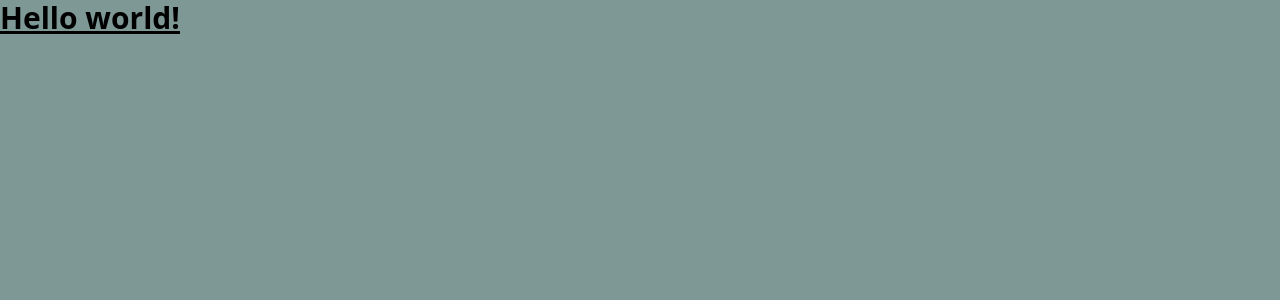
Repository: VishakhaSainani/medical_store
Page: / (app in frontend/)
The author's editor kept a copy of each file at every save. The page is drawn from the files as they stood at one save, then again after a run of saves.
The browser window is 1280 px wide. The pictures show the whole page.
The project was rebuilt for these pictures with package versions that can differ from the ones it lists, and the page was loaded fresh each time. Also part of the build but not shown: frontend/vite.config.js, frontend/src/components/PrivateRoute.jsx, frontend/src/components/Loader.jsx, frontend/src/redux/api/usersApiSlice.js, frontend/src/pages/User/Profile.jsx, frontend/src/pages/Auth/Login.jsx, frontend/src/pages/Auth/Register.jsx, frontend/src/redux/api/productApiSlice.js and 32 more. Imported but missing from the stored project, and not drawn on this page: frontend/src/components/Message.

Above is the page before, as saved 2024-04-19 22:06:48.

### frontend/src/main.jsx
// import React from "react";
import ReactDOM from "react-dom/client";
import App from "./App.jsx";
import "./index.css";
import { Route, RouterProvider, createRoutesFromElements } from "react-router";
import { createBrowserRouter } from "react-router-dom";
import { Provider } from "react-redux";
import store from "./redux/store";
// private route
import PrivateRoute from "./components/PrivateRoute";

import Profile from "./pages/User/Profile";

import Login from "./pages/Auth/Login.jsx";
import Register from "./pages/Auth/Register.jsx";
// import Home from "./Home.jsx";
import Home from "./pages/Home.jsx";
import Favorites from "./pages/Products/Favorites.jsx";
import ProductDetails from "./pages/Products/ProductDetails.jsx";
// import { PayPalScriptProvider } from "@paypal/react-paypal-js";

import AdminRoute from "./pages/Admin/AdminRoute";
import UserList from "./pages/Admin/UserList";
import CategoryList from "./pages/Admin/CategoryList.jsx";
import ProductList from "./pages/Admin/ProductList";
import AllProducts from "./pages/Admin/AllProducts.jsx";
import ProductUpdate from "./pages/Admin/ProductUpdate";
import Cart from "./pages/Cart.jsx";
import Shop from "./pages/Shop.jsx";
import Shipping from "./pages/Orders/Shipping.jsx";
import PlaceOrder from "./pages/Orders/PlaceOrder.jsx";
import Order from "./pages/Orders/Order.jsx";
import UserOrder from "./pages/User/UserOrder.jsx";
import OrderList from "./pages/Admin/OrderList.jsx";
import AdminDashboard from "./pages/Admin/AdminDashboard.jsx";

const router = createBrowserRouter(
  createRoutesFromElements(
    <Route path="/" element={<App />}>
      <Route path="/login" element={<Login />} />
      <Route path="/register" element={<Register />} />
      <Route index={true} path="/" element={<Home />} />
      <Route path="/favorite" element={<Favorites />} />
      <Route path="/product/:id" element={<ProductDetails />} />
      <Route path="/cart" element={<Cart />} />
      <Route path="/shop" element={<Shop />} />
      <Route path="/user-orders" element={<UserOrder />} />

      <Route path="" element={<PrivateRoute />}>
        <Route path="/profile" element={<Profile />} />
        <Route path="/shipping" element={<Shipping />} />
        <Route path="/placeorder" element={<PlaceOrder />} />
        <Route path="/order/:id" element={<Order />} />
      </Route>

      <Route path="/admin" element={<AdminRoute />}>
        <Route path="userlist" element={<UserList />} />
        <Route path="categorylist" element={<CategoryList />} />
        {/* <Route path="productlist/:pageNumber" element={<ProductList />} /> */}
        <Route path="productlist" element={<ProductList />} />
        <Route path="allproductslist" element={<AllProducts />} />
        <Route path="product/update/:_id" element={<ProductUpdate />} />
        <Route path="orderlist" element={<OrderList />} />
        <Route path="dashboard" element={<AdminDashboard />} />
      </Route>
    </Route>
  )
);
ReactDOM.createRoot(document.getElementById("root")).render(
  <Provider store={store}>
    {/* <PayPalScriptProvider> */}
    <RouterProvider router={router} />
    {/* </PayPalScriptProvider> */}
  </Provider>
);

### frontend/src/index.css
@tailwind base;
@tailwind components;
@tailwind utilities;

body {
  background: #7e9896;
  color: black;
}
input,
textarea {
  color: #000;
}

### frontend/src/redux/store.js
import { configureStore } from "@reduxjs/toolkit";
import { setupListeners } from "@reduxjs/toolkit/query/react";
import { apiSlice } from "./api/apiSlice";
import authReducer from "./features/auth/authSlice";
import favoritesReducer from "../redux/features/favorites/favoriteSlice";
import cartSliceReducer from "../redux/features/cart/cartSlice";
import { getFavoritesFromLocalStorage } from "../Utils/localStorage";

const initialFavorites = getFavoritesFromLocalStorage() || [];

const store = configureStore({
  reducer: {
    [apiSlice.reducerPath]: apiSlice.reducer,
    auth: authReducer,
    favorites: favoritesReducer,
    cart: cartSliceReducer,
  },
  preloadedState: {
    favorites: initialFavorites,
  },

  middleware: (getDefaultMiddleware) =>
    getDefaultMiddleware().concat(apiSlice.middleware),
  devTools: true,
});

setupListeners(store.dispatch);
export default store;

### frontend/src/redux/features/auth/authSlice.js
import { createSlice } from "@reduxjs/toolkit";
const initialState = {
    userInfo: localStorage.getItem("userInfo")
      ? JSON.parse(localStorage.getItem("userInfo"))
      : null,
  };


const authSlice = createSlice({
  name: "auth",
  initialState,
  reducers: {
    setCredentials: (state, action) => {
      state.userInfo = action.payload;
      localStorage.setItem("userInfo", JSON.stringify(action.payload));

      const expirationTime = new Date().getTime() + 30 * 24 * 60 * 60 * 1000; // 30 days
      localStorage.setItem("expirationTime", expirationTime);
    },
    logout: (state) => {
      state.userInfo = null;
      localStorage.clear();
    },
  },
});

export const { setCredentials, logout } = authSlice.actions;

export default authSlice.reducer;

### frontend/src/redux/features/favorites/favoriteSlice.js
import { createSlice } from "@reduxjs/toolkit";

const favoriteSlice = createSlice({
  name: "favorites",
  initialState: [],
  reducers: {
    addToFavorites: (state, action) => {
      // Checkif the product is not already favorites
      if (!state.some((product) => product._id === action.payload._id)) {
        state.push(action.payload);
      }
    },
    removeFromFavorites: (state, action) => {
      // Remove the product with the matching ID
      return state.filter((product) => product._id !== action.payload._id);
    },
    setFavorites: (state, action) => {
      // Set the favorites from localStorage
      return action.payload;
    },
  },
});

export const { addToFavorites, removeFromFavorites, setFavorites } =
  favoriteSlice.actions;
export const selectFavoriteProduct = (state) => state.favorites;
export default favoriteSlice.reducer;

### frontend/src/redux/features/cart/cartSlice.js
import { createSlice } from "@reduxjs/toolkit";
// import { updateCart } from "../../../Utils/cartUtils";
import { updateCart } from "../../../Utils/cart";

const initialState = localStorage.getItem("cart")
  ? JSON.parse(localStorage.getItem("cart"))
  : { cartItems: [], shippingAddress: {}, paymentMethod: "PayPal" };

const cartSlice = createSlice({
  name: "cart",
  initialState,
  reducers: {
    addToCart: (state, action) => {
      const { user, rating, numReviews, reviews, ...item } = action.payload;
      const existItem = state.cartItems.find((x) => x._id === item._id);

      if (existItem) {
        state.cartItems = state.cartItems.map((x) =>
          x._id === existItem._id ? item : x
        );
      } else {
        state.cartItems = [...state.cartItems, item];
      }
      return updateCart(state, item);
    },

    removeFromCart: (state, action) => {
      state.cartItems = state.cartItems.filter((x) => x._id !== action.payload);
      return updateCart(state);
    },

    saveShippingAddress: (state, action) => {
      state.shippingAddress = action.payload;
      localStorage.setItem("cart", JSON.stringify(state));
    },

    savePaymentMethod: (state, action) => {
      state.paymentMethod = action.payload;
      localStorage.setItem("cart", JSON.stringify(state));
    },

    clearCartItems: (state, action) => {
      state.cartItems = [];
      localStorage.setItem("cart", JSON.stringify(state));
    },

    resetCart: (state) => (state = initialState),
  },
});

export const {
  addToCart,
  removeFromCart,
  savePaymentMethod,
  saveShippingAddress,
  clearCartItems,
  resetCart,
} = cartSlice.actions;

export default cartSlice.reducer;

### frontend/src/Utils/localStorage.js
// Add a product to a localStorage
export const addFavoriteToLocalStorage = (product) => {
  const favorites = getFavoritesFromLocalStorage();
  if (!favorites.some((p) => p._id === product._id)) {
    favorites.push(product);
    localStorage.setItem("favorites", JSON.stringify(favorites));
  }
};

// Remove  product from a localStorage
export const removeFavoriteFromLocalStorage = (productId) => {
  const favorites = getFavoritesFromLocalStorage();
  const updateFavorites = favorites.filter(
    (product) => product._id !== productId
  );

  localStorage.setItem("favorites", JSON.stringify(updateFavorites));
};

// Retrive favorites from a localStorage
export const getFavoritesFromLocalStorage = () => {
  const favoritesJSON = localStorage.getItem("favorites");
  return favoritesJSON ? JSON.parse(favoritesJSON) : [];
};

### frontend/src/Utils/cart.js
export const addDecimals = (num) => {
  return (Math.round(num * 100) / 100).toFixed(2);
};

export const updateCart = (state) => {
  state.itemsPrice = addDecimals(
    state.cartItems.reduce((acc, item) => acc + item.price * item.qty, 0)
  );

  state.shippingPrice = addDecimals(state.itemsPrice > 100 ? 0 : 10);
  state.taxPrice = addDecimals(Number((0.15 * state.itemsPrice).toFixed(2)));

  state.totalPrice = (
    Number(state.itemsPrice) +
    Number(state.shippingPrice) +
    Number(state.taxPrice)
  ).toFixed(2);

  localStorage.setItem("cart", JSON.stringify(state));
  return state;
};

Loaded but not shown: frontend/index.html (common file); frontend/src/App.jsx (common file); frontend/src/redux/api/apiSlice.js (common file); frontend/src/redux/constants.js (common file); frontend/tailwind.config.js (common file)

After the next 2 saves:
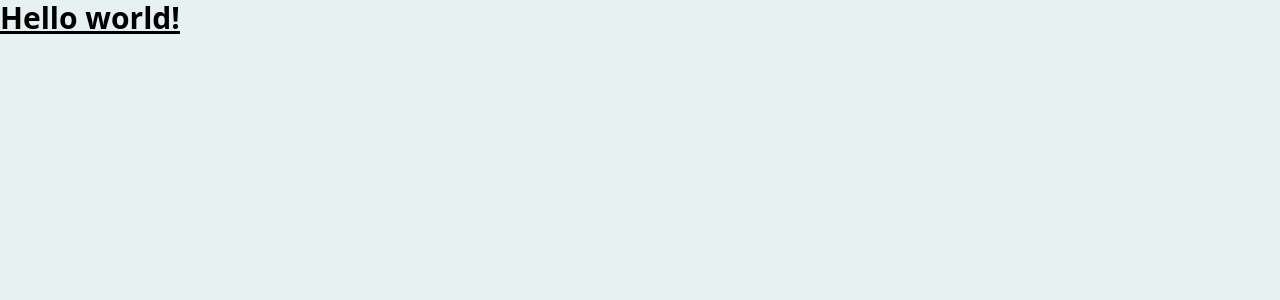
The 2 saves are shown as one change because they came seconds apart.
The last was saved 21 s later.
--- a/frontend/src/index.css
+++ b/frontend/src/index.css
@@ -3,7 +3,7 @@
 @tailwind utilities;
 
 body {
-  background: #7e9896;
+  background: #e8f1f1;
   color: black;
 }
 input,
